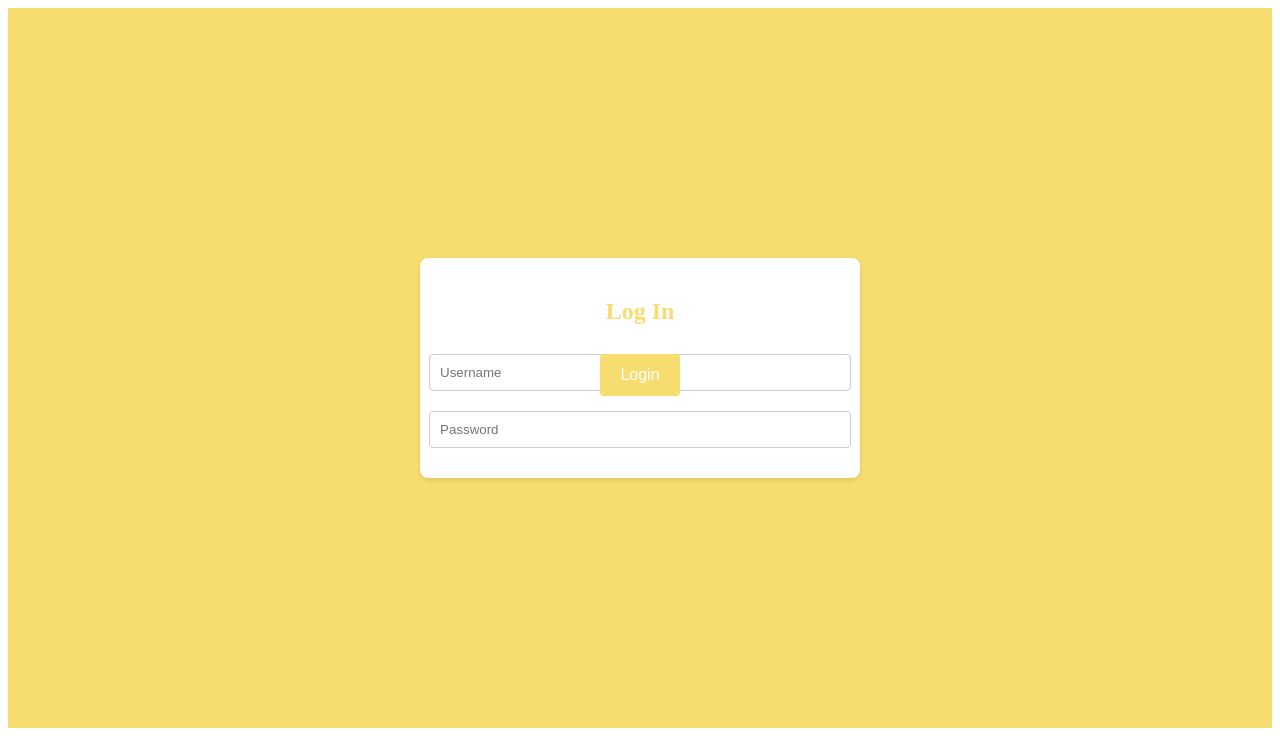
Repository: SamLProgrammer/church_billboard_front_app
Page: /months
An editor plug-in stored every save of this project. The page is shown before and after the next save, followed by the edit.
The browser window is 1280 px wide. The pictures show the whole page.
The project was rebuilt for these pictures with package versions that can differ from the ones it lists, and the page was loaded fresh each time. Also part of the build but not shown: vite.config.js, src/hooks/useFetchMonthFamilyEvents.js, src/components/Card.jsx, src/components/TablesViewer.jsx, src/components/CellRender.jsx, src/components/FamilyEventTable.jsx, src/styles/TopCenteredTitle.css, src/components/MonthTitle.jsx and 1 more.

Above is the page before, as saved 2023-10-28 20:46:10.

### index.html
<!DOCTYPE html>
<html lang="en">
  <head>
    <meta charset="UTF-8" />
    <link rel="stylesheet" type="text/css" href="./tableStyle.css">
    <link rel="icon" type="image/svg+xml" href="/vite.svg" />
    <meta name="viewport" content="width=device-width, initial-scale=1.0" />
    <title>Vite + React</title>
  </head>
  <body>
    <div id="root"></div>
    <script type="module" src="/src/App.jsx"></script>
  </body>
</html>

### tableStyle.css
  .card {
    width: 200px;
    height: 150px;
    border: 1px solid #333;
    margin: 10px;
    padding: 10px;
    display: flex;
    align-items: center;
    justify-content: center;
    font-size: 18px;
    text-align: center;
    border-radius: 10px;
    box-shadow: 0px 0px 10px rgba(0, 0, 0, 0.3);
    background-color: red;
    cursor: pointer;
}



.card-container {
  display: flex;
  flex-wrap: wrap;
  justify-content: center; /* Center horizontally */
  align-items: center; /* Center vertically */
}

### src/App.jsx
import React from "react";
import ReactDOM from "react-dom/client";
import { RouterProvider } from "react-router-dom";
import { RouterHook } from "./routes/RouterHook";
import { ResponseProvider } from "./contexts/ResponseProvider";

ReactDOM.createRoot(document.getElementById("root")).render(
  <React.StrictMode>
    <ResponseProvider>
      <RouterProvider router={RouterHook()} />
    </ResponseProvider>
  </React.StrictMode>
);

### src/routes/RouterHook.jsx
import { createBrowserRouter } from "react-router-dom";
import { ChurchFrontApp } from "../components/ChurchFrontApp";
import { TablesViewer } from "../components/TablesViewer";
import { MonthTable } from "../components/MonthTable";

export const RouterHook = () => {

return createBrowserRouter([
    {
      path: "/months",
      element: <TablesViewer/>,
    },
    {
        path: "/login",
        element: <ChurchFrontApp/>,
      },
    {
        path: "/monthTable",
        element: <MonthTable/>,
      },
  ]);
}

### src/contexts/ResponseProvider.jsx
// ResponseContext.js
import { createContext, useState } from "react";
import PropTypes from "prop-types";

const ResponseContext = createContext();

export const ResponseProvider = ({ children }) => {
  const [response, setResponse] = useState(null);

  return (
    <ResponseContext.Provider value={{ response, setResponse }}>
      {children}
    </ResponseContext.Provider>
  );
};

ResponseProvider.propTypes = {
  children: PropTypes.node.isRequired,
};

export { ResponseContext };

### src/components/ChurchFrontApp.jsx
import { useState } from "react";
import { useNavigate } from "react-router-dom";
import { useResponse } from "../hooks/useResponse";
import { validateLogin } from "../hooks/useValidateLogin";
import "../styles/Login.css";
import { fetchMonths } from "../hooks/useFetchMonths";

export const ChurchFrontApp = () => {
  const [username, setUsername] = useState("");
  const [password, setPassword] = useState("");
  const navigate = useNavigate();
  const { setResponse } = useResponse();

  const callUseValidateLogin = async () => {
    const response1 = JSON.parse(await validateLogin(username, password));
    const {sessionToken, error} = response1;
    if (error == null) {
      localStorage.setItem('sessionToken', sessionToken);
      const {availableMonths, error} = JSON.parse(await fetchMonths());
      setResponse({availableMonths});
      if(error == null) {
        // Get the token from localStorage
        navigate("/months");
      }
    }

  };

  return (
    <div className="login-container">
      <div className="login-box">
        <h2 className="login-title">Log In</h2>
        <div className="input-container">
          <input
            type="text"
            placeholder="Username"
            value={username}
            onChange={(e) => setUsername(e.target.value)}
            className="login-input"
          />
          <input
            type="password"
            placeholder="Password"
            value={password}
            onChange={(e) => setPassword(e.target.value)}
            className="login-input"
          />
          <button className="login-button" onClick={callUseValidateLogin}>
            Login
          </button>
        </div>
      </div>
    </div>
  );
};

### src/hooks/useResponse.js
// useResponse.js
import { useContext } from "react";
import { ResponseContext } from "../contexts/ResponseProvider";

export const useResponse = () => useContext(ResponseContext);

### src/hooks/useValidateLogin.js
export const validateLogin = async (userName, password) => {
  const url = 'http://localhost:5000/login';
  const loginData = {
    username: userName,
    password: password,
  };

  const response = await fetch(url, {
    method: 'POST',
    credentials: 'include',
    headers: {
      'Content-Type': 'application/json',
    },
    body: JSON.stringify(loginData),
  });

  if (response.ok) {
    const sessionId = response.headers.get('sessionId');
    console.log('Received sessionId:', sessionId);
    return await response.text();
  } else {
    throw new Error(`Request failed with status ${response.status}`);
  }
}

### src/styles/Login.css
.login-container {
    display: flex;
    justify-content: center;
    align-items: center;
    min-height: 100vh;
    background-color: #f7dc6f;
  }

  .login-box {
    background: white;
    border-radius: 8px;
    padding: 20px;
    box-shadow: 0 2px 4px rgba(0, 0, 0, 0.1);
    text-align: center;
    width: 100%;
    max-width: 400px;
  }

  .login-title {
    font-size: 24px;
    color: #f7dc6f;
  }

  .input-container {
    display: flex;
    flex-direction: column;
    align-items: center;
  }

  .login-input {
    width: 100%;
    padding: 10px;
    margin: 10px 0;
    border: 1px solid #ccc;
    border-radius: 4px;
  }

  .login-button {
    background-color: #f7dc6f;
    color: white;
    border: none;
    border-radius: 4px;
    padding: 12px 20px;
    font-size: 16px;
    cursor: pointer;
  }

  .login-button:hover {
    background-color: #ffeb4d;
  }

  /* Responsive Styles */
  @media (max-width: 768px) {
    .login-box {
      max-width: 90%;
    }
    .login-title {
      font-size: 20px;
    }
    .login-input,
    .login-button {
      font-size: 14px;
    }
  }

### src/hooks/useFetchMonths.js
export const fetchMonths = async () => {
    const sessionToken = localStorage.getItem('sessionToken');
    const url = 'http://localhost:5000/months';

    const response = await fetch(url, {
        method: 'POST',
        credentials: 'include',
        headers: {
            'Content-Type': 'application/json',
            'CustomAuth': sessionToken,
        },
    });

    if (response.ok) {
        return await response.text();
    } else {
        throw new Error(`Request failed with status ${response.status}`);
    }

};

### src/styles/NiceTable.css
/* NiceTable.css */
.nice-table {
  position: absolute;
  display:grid;
  justify-content: center;
  margin-top: 2%;
  height:100%;
  width: 100%;
  border-collapse: collapse;
  background-color: red;
}

.button-container {
  background-color: blue;
}

.table-title {
  text-align: center;
}

table {
  position: absolute;
  width: 70%;
  left: 15%;
  text-align: left;
  background-color: #f5f5f5;
  border: none;
  table-layout: auto; /* Set table layout to auto */
}

button {
  position: absolute;
  z-index: 100;
  margin-top: 10px; /* Add space between the table and the button */;
}

.cell-render {
  width: 90%;
  font-size: 100%;
}

th, td {
  height: 2em;
  padding: 0.2em 0.2em;
  border: 1px solid #ccc;
  text-align: center;
}

thead {
  background-color: #333;
  color: #fff;
}

tbody tr:nth-child(even) {
  background-color: #e0e0e0;
}

After the next save:
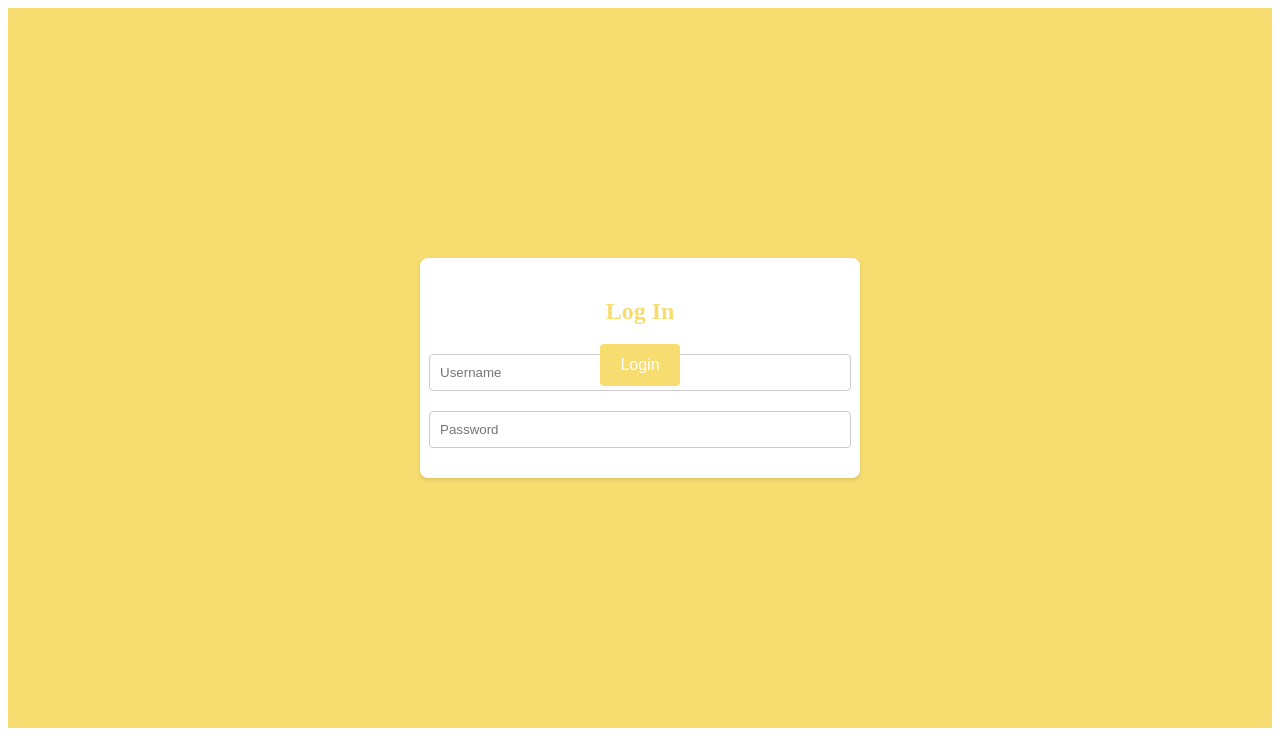
Saved 22 s later.
--- a/src/styles/NiceTable.css
+++ b/src/styles/NiceTable.css
@@ -14,6 +14,11 @@
   background-color: blue;
 }
 
+button {
+  position: absolute;
+  z-index: 100;
+}
+
 .table-title {
   text-align: center;
 }
@@ -26,12 +31,6 @@ table {
   background-color: #f5f5f5;
   border: none;
   table-layout: auto; /* Set table layout to auto */
-}
-
-button {
-  position: absolute;
-  z-index: 100;
-  margin-top: 10px; /* Add space between the table and the button */;
 }
 
 .cell-render {
